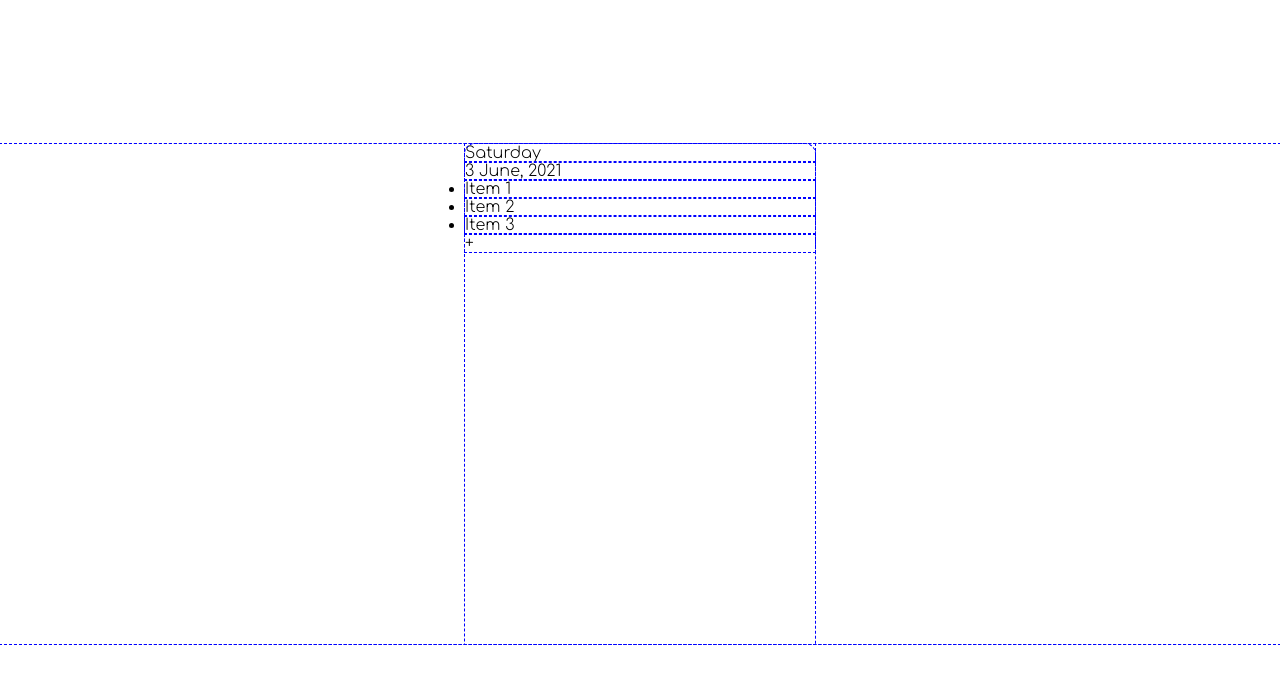
Repository: Colo-Codes/mini-projects
Page: todo-app/index.html
These files come from the project's save history. The page is drawn as it stood at one moment and after the next save; the edit follows.
The browser window is 1280 px wide. The pictures show the whole page.

Above is the page before, as saved 2021-07-04 11:06:52.

### todo-app/index.html
<!DOCTYPE html>
<html lang="en">
    <head>
        <meta charset="UTF-8" />
        <meta http-equiv="X-UA-Compatible" content="IE=edge" />
        <meta name="viewport" content="width=device-width, initial-scale=1.0" />
        <link rel="stylesheet" href="./css/index.css" />
        <title>Mini-Project - ToDo app</title>
    </head>
    <body>
        <div class="changing-background">
            <main class="todo">
                <section id="todo--header">
                    <header>Saturday</header>
                    <p>3 June, 2021</p>
                </section>
                <section id="todo--tasks-list">
                    <ul>
                        <li class="todo--tasks-list--item">Item 1</li>
                        <li class="todo--tasks-list--item">Item 2</li>
                        <li class="todo--tasks-list--item">Item 3</li>
                    </ul>
                </section>
                <section id="todo--footer">
                    <p>+</p>
                </section>
            </main>
        </div>
    </body>
</html>

### todo-app/css/index.css
@import url('https://fonts.googleapis.com/css2?family=Comfortaa:wght@300;700&display=swap');

/* Initial reset */

html {
    box-sizing: border-box;
    font-size: 16px;
}

*,
*:before,
*:after {
    box-sizing: inherit;
    margin: 0;
    padding: 0;
    outline: 1px dashed blue; /* Debugging purposes */
}

body {
    font-family: 'Comfortaa', cursive;
}
.todo {
    margin: auto;
    margin-top: 20vh;
    width: 350px;
    height: 500px;
    background-color: white;
    border-radius: 10px 10px 0 0;
}

.todo--header {
    font-size: 2.25rem;
    font-weight: 700;
}

After the next save:
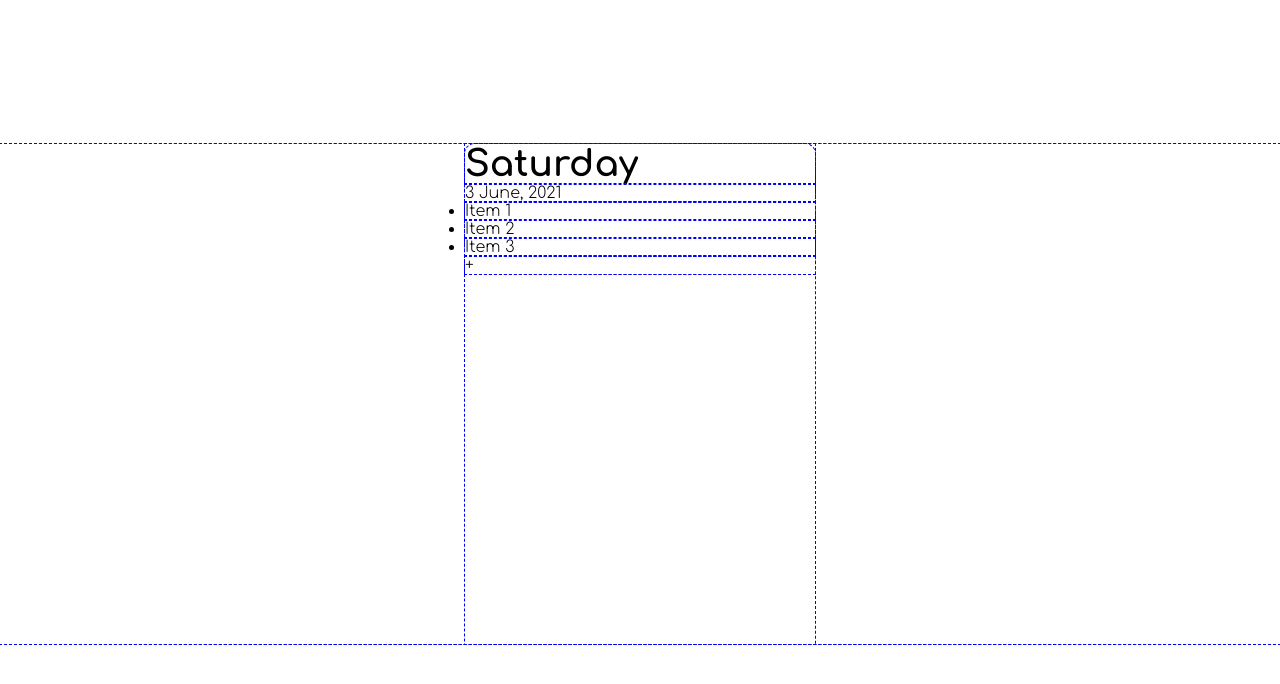
Saved 14 s later.
--- a/todo-app/css/index.css
+++ b/todo-app/css/index.css
@@ -28,7 +28,7 @@ body {
     border-radius: 10px 10px 0 0;
 }
 
-.todo--header {
+#todo--header header {
     font-size: 2.25rem;
     font-weight: 700;
 }
